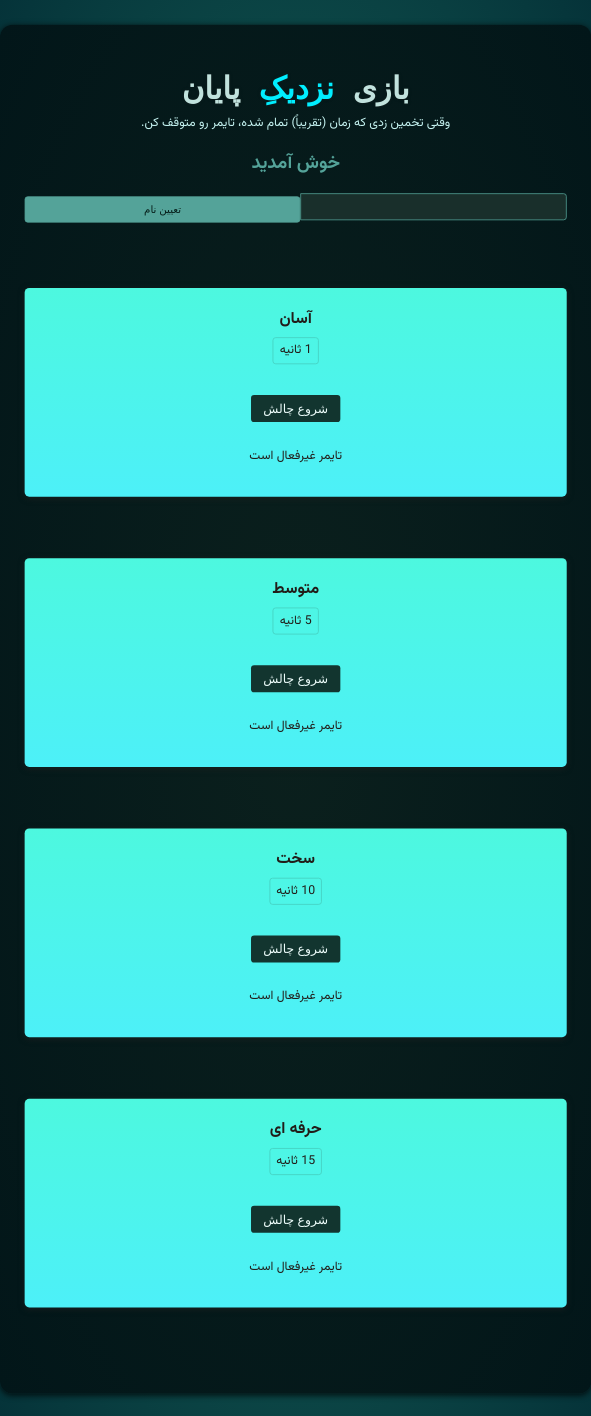
Repository: H-ala/react-near-end
Page: /
The author's editor kept a copy of each file at every save. The page is drawn from the files as they stood at one save, then again after the next save.
The browser window is 768 px wide. The pictures show the whole page, at 77% of full size.
The project was rebuilt for these pictures with package versions that can differ from the ones it lists, and the page was loaded fresh each time. Also part of the build but not shown: vite.config.js.

Above is the page before, as saved 2025-10-21 19:43:23.

### index.html
<!DOCTYPE html>
<html lang="en">

<head>
  <meta charset="UTF-8" />
  <link rel="icon" type="image/svg+xml" href="/vite.svg" />
  <meta name="viewport" content="width=device-width, initial-scale=1.0" />
  <title>Refs & Portals</title>
</head>

<body>
  <div id="modal"></div>
  <div id="content">
    <header>
      <h1>بازی <em>نزدیکِ</em> پایان</h1>
      <p>وقتی تخمین زدی که زمان (تقریباً) تمام شده، تایمر رو متوقف کن.</p>
    </header>
    <div id="root"></div>
  </div>
  <script type="module" src="/src/main.jsx"></script>
</body>

</html>

### src/App.jsx
import Player from "./components/Player.jsx";
import TimerChallenge from "./components/TimerChallenge.jsx";

function App() {
  return (
    <>
      <Player />
      <div id="challenges">
        <TimerChallenge title="آسان" targetTime={1} />
        <TimerChallenge title="متوسط" targetTime={5} />
        <TimerChallenge title="سخت" targetTime={10} />
        <TimerChallenge title="حرفه ای" targetTime={15} />
      </div>
    </>
  );
}

export default App;

### src/index.css
@import url("https://fonts.googleapis.com/css2?family=Vazirmatn:wght@400;700&display=swap");

* {
  box-sizing: border-box;
}

body {
  margin: 0;
  font-family: "Vazirmatn", sans-serif;
  -webkit-font-smoothing: antialiased;
  -moz-osx-font-smoothing: grayscale;
  background: radial-gradient(#186a5e, #053339);
  color: #e1eeeb;
  direction: rtl;
  min-height: 100vh;
}

#content {
  max-width: 60rem;
  margin: 2rem auto;
  padding: 2rem;
  background: radial-gradient(#0b201d, #021619);
  border-radius: 16px;
  box-shadow: 0 2px 8px rgba(0, 0, 0, 0.8);
}

h1 {
  font-family: "Handjet", monospace;
  text-align: center;
  text-transform: uppercase;
  color: #c1e2dd;
  text-shadow: 0 0 4px rgba(35, 34, 34, 0.4);
  font-size: 3.5rem;
  margin-bottom: 0.5rem;
}

h1 em {
  font-style: normal;
  color: #00eeff;
}

header p {
  font-size: 1.2rem;
  margin: 0;
  text-align: center;
  color: #c6f4f2;
}

#player {
  text-align: center;
}

#player h2 {
  color: #54a399;
}

#player p {
  display: flex;
  justify-content: center;
  align-items: center;
}

#player input {
  font: inherit;
  border: 1px solid #54a399;
  background-color: #192f2b;
  border-radius: 4px;
  border-top-left-radius: 0;
  border-bottom-left-radius: 0;
  padding: 0.25rem;
  color: #d1f0ec;
}

#player button {
  cursor: pointer;
  background-color: #54a399;
  border: 1px solid #54a399;
  padding: 0.55rem 1rem;
  color: #061e1a;
  border-top-left-radius: 4px;
  border-bottom-left-radius: 4px;
}

#player button:hover {
  background-color: #3c8379;
  border-color: #3c8379;
}

#challenges {
  max-width: 50rem;
  margin: 3rem auto;
  display: flex;
  flex-wrap: wrap;
  gap: 2rem;
}

.challenge {
  width: 22rem;
  display: flex;
  flex-direction: column;
  align-items: center;
  justify-content: center;
  padding: 2rem;
  margin: 2rem auto;
  background: linear-gradient(#4df8df, #4df0f8);
  color: #221c18;
  box-shadow: 0 2px 8px rgba(35, 34, 34, 0.6);
  border-radius: 6px;
}

.challenge button {
  margin-top: 1rem;
  padding: 0.5rem 1rem;
  border: none;
  border-radius: 4px;
  background: #12352f;
  color: #edfcfa;
  font-size: 1.2rem;
  cursor: pointer;
}

.challenge button:hover {
  background: #051715;
}

.challenge h2 {
  font-size: 1.5rem;
  margin: 0;
  text-align: center;
  color: #221c18;
}

.challenge-time {
  border: 1px solid #46cebe;
  border-radius: 4px;
  padding: 0.25rem 0.5rem;
  margin: 0.5rem;
}

.challenge .active {
  animation: flash 1s infinite;
}

.result-modal {
  border: none;
  border-radius: 8px;
  padding: 2rem;
  background-color: #d7fcf8;
}

.result-modal[open] {
  animation: slide-in-from-top 0.35s ease-out;
}

.result-modal::backdrop {
  background: rgba(0, 0, 0, 0.9);
}

.result-modal h2 {
  font-family: "Handjet", monospace;
  margin: 0 0 0.25rem 0;
  font-size: 3rem;
  text-transform: uppercase;
}

.result-modal progress {
  width: 100%;
  height: 1.5rem;
  margin: 0;
  accent-color: #46cebe;
}

.result-modal p {
  margin: 0.5rem 0;
  font-size: 1.2rem;
}

.result-modal p strong {
  color: #10655b;
}

.result-modal form {
  text-align: right;
}

.result-modal button {
  margin-top: 1rem;
  padding: 0.5rem 1rem;
  border: none;
  border-radius: 4px;
  background: #12352f;
  color: #edfcfa;
  font-size: 1.2rem;
  cursor: pointer;
}

.result-modal button:hover {
  background: #051715;
}

@keyframes slide-in-from-top {
  0% {
    transform: translateY(-15%);
    opacity: 0;
  }
  100% {
    transform: translateY(0);
    opacity: 1;
  }
}

@keyframes flash {
  0% {
    opacity: 0.5;
  }
  50% {
    opacity: 1;
  }
  100% {
    opacity: 0.5;
  }
}

@media (max-width: 768px) {
  h1 {
    font-size: 2.5rem;
  }

  header p {
    font-size: 1rem;
  }

  #player input {
    width: 100%;
    margin-bottom: 0.5rem;
  }

  #player button {
    width: 100%;
    border-radius: 4px;
    border-top-left-radius: 4px;
    border-bottom-left-radius: 4px;
  }

  #challenges {
    gap: 1rem;
  }

  .challenge {
    padding: 1.5rem;
    flex: 1 1 100%;
  }

  .challenge h2 {
    font-size: 1.3rem;
  }

  .challenge button {
    font-size: 1rem;
  }

  .result-modal h2 {
    font-size: 2rem;
  }

  .result-modal p {
    font-size: 1rem;
  }
}

@media (max-width: 480px) {
  h1 {
    font-size: 2rem;
  }

  #content {
    padding: 1rem;
  }

  .challenge {
    padding: 1rem;
  }

  .challenge h2 {
    font-size: 1.1rem;
  }

  .challenge button {
    font-size: 0.9rem;
    padding: 0.4rem 0.8rem;
  }

  #player h2 {
    font-size: 1.2rem;
  }
}

### src/components/Player.jsx
import { useState, useRef } from "react";

export default function Player() {
  const playerName = useRef();
  const [enteredPlayerName, setEnteredPlayerName] = useState("");

  function handleClick() {
    setEnteredPlayerName(playerName.current.value);
    playerName.current.value = "";
  }

  return (
    <section id="player">
      <h2>خوش آمدید {enteredPlayerName ?? "unknown entity"}</h2>
      <p>
        <input
          ref={playerName}
          type="text"
        />
        <button onClick={handleClick}>تعیین نام</button>
      </p>
    </section>
  );
}

### src/components/TimerChallenge.jsx
import { useState, useRef } from "react";
import ResultModal from "./ResultModal";

export default function TimerChallenge({ title, targetTime }) {
  const timer = useRef();
  const dialog = useRef();

  const [timeRemaining, setTimeRemaining] = useState(targetTime * 1000);
  const timerIsActive = timeRemaining > 0 && timeRemaining < targetTime * 1000;

  if (timeRemaining <= 0) {
    clearInterval(timer.current);
    dialog.current.open();
  }

  function handleStart() {
    timer.current = setInterval(() => {
      setTimeRemaining((prevTimeRemaining) => prevTimeRemaining - 10);
    }, 10);
  }

  function handleReset() {
    setTimeRemaining(targetTime * 1000);
  }

  function handleStop() {
    clearInterval(timer.current);
    dialog.current.open();
  }

  return (
    <>
      <ResultModal
        ref={dialog}
        targetTime={targetTime}
        remainingTime={timeRemaining}
        onReset={handleReset}
      />
      <section className="challenge">
        <h2>{title}</h2>
        <p className="challenge-time">
          {targetTime} ثانیه
        </p>
        <p>
          <button onClick={timerIsActive ? handleStop : handleStart}>
            {timerIsActive ? "توقف" : "شروع"} چالش
          </button>
        </p>
        <p className={timerIsActive ? "active" : undefined}>
          {timerIsActive ? "زمان داره میگذره..." : "تایمر غیرفعال است"}
        </p>
      </section>
    </>
  );
}

### src/components/ResultModal.jsx
import { useImperativeHandle, useRef } from "react";
import { createPortal } from "react-dom";

export default function ResultModal({ ref, targetTime, remainingTime, onReset }) {
  const dialog = useRef();

  const userLost = remainingTime <= 0;
  const formattedRemainingTime = (remainingTime / 1000).toFixed(2);
  const score = Math.round((1 - (remainingTime / (targetTime * 1000))) * 100);

  useImperativeHandle(ref, () => {
    return {
      open() {
        dialog.current.showModal();
      },
    };
  });

  return createPortal(
    <dialog ref={dialog} className="result-modal" onClose={onReset}>
      {userLost && <h2>تو باختی!</h2>}
      {!userLost && <h2>امتیاز : {score}</h2>}
      <p>
        زمان تارگت <strong>{targetTime} ثانیه بود. </strong>
      </p>
      <p>
        زمان رو وقتی
        <strong> {formattedRemainingTime} ثانیه مونده بود متوقف کردی. </strong>
      </p>
      <form action="dialog" onSubmit={onReset}>
        <button>بستن</button>
      </form>
    </dialog>,
    document.getElementById("modal")
  );
}

Loaded but not shown: src/main.jsx (common file)

After the next save:
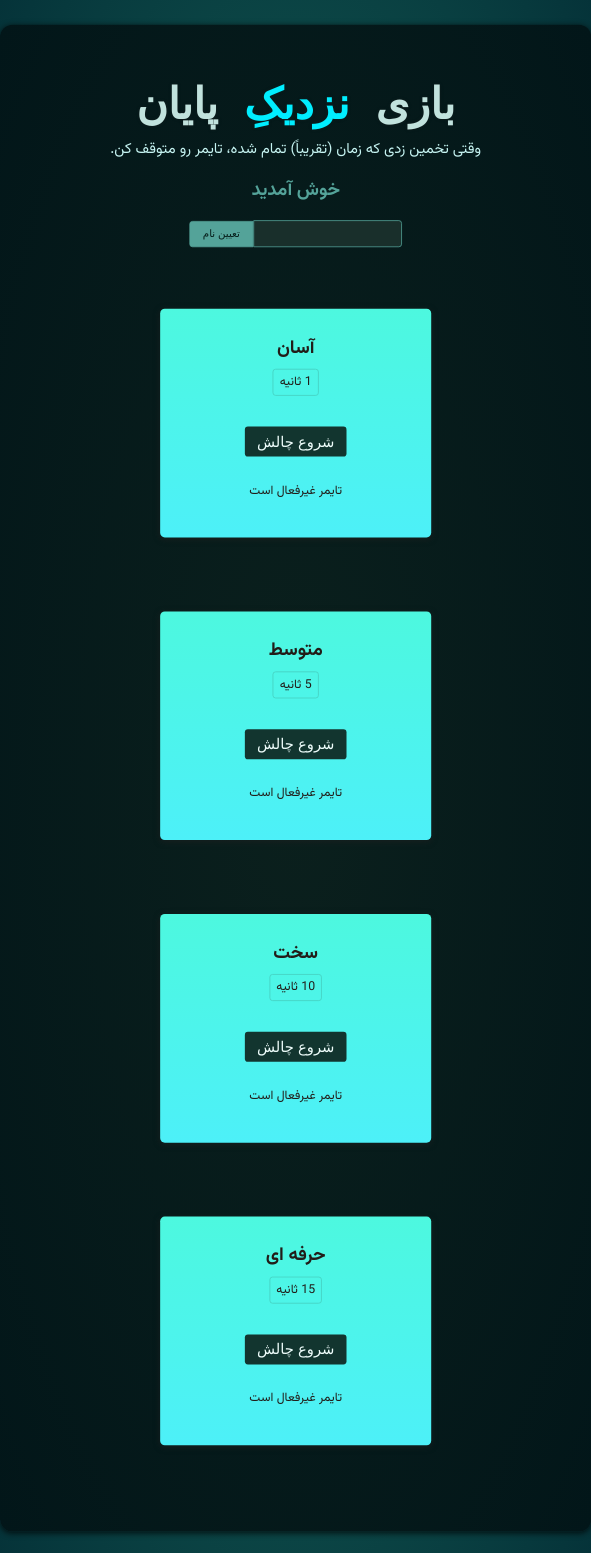
Saved 2 min 22 s later.
--- a/src/index.css
+++ b/src/index.css
@@ -221,7 +221,7 @@ header p {
   }
 }
 
-@media (max-width: 768px) {
+/* @media (max-width: 768px) {
   h1 {
     font-size: 2.5rem;
   }
@@ -293,4 +293,4 @@ header p {
   #player h2 {
     font-size: 1.2rem;
   }
-}
+} */
